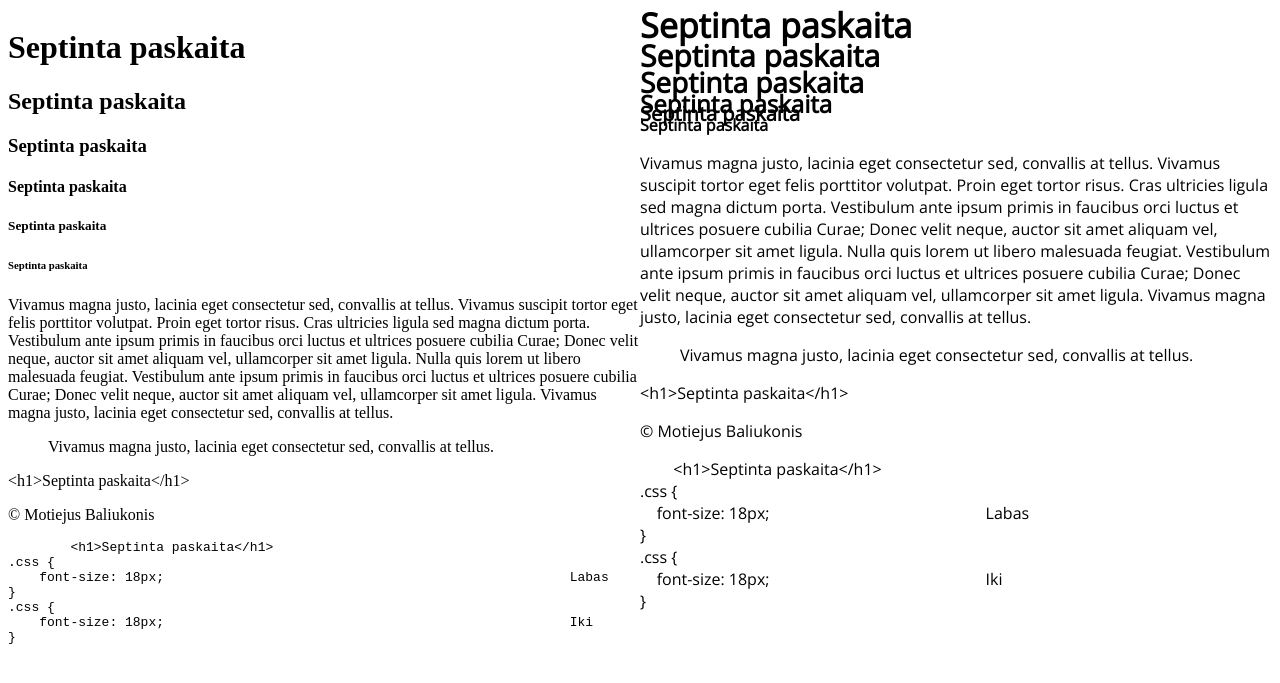
Repository: motiejus1/07-paskaita-05.31
Page: index.html
These files come from the project's save history. The page is drawn as it stood at one moment and after the next save; the edit follows.
The browser window is 1280 px wide. The pictures show the whole page.

Above is the page before, as saved 2021-06-10 20:05:34.

### index.html
<!DOCTYPE html>
<html lang="en">
<head>
    <meta charset="UTF-8">
    <meta http-equiv="X-UA-Compatible" content="IE=edge">
    <meta name="viewport" content="width=device-width, initial-scale=1.0">
    <title>Septinta paskaita</title>

    <link rel="preconnect" href="https://fonts.gstatic.com">
    <link href="https://fonts.googleapis.com/css2?family=Open+Sans&display=swap" rel="stylesheet">

    <style>
        .container {
            width: 100%;
        }

        .left, .right {
            float:left;
            width: 50%;
        }

        .right {
            font-family: 'Open Sans', sans-serif;
        }

        .right pre {
            font-family: 'Open Sans', sans-serif;
        }

        .right h1, .right h2, .right h3, .right h4, .right h5, .right h6 {
            margin: 0;
        }

        .right h1 {
            /* font-family: 'Open Sans', sans-serif; */
            font-size: 34px;
            line-height: 34px;
        }

        .right h2 {
            font-size: 30px;
            line-height: 28px;
        }

        .right h3 {
            font-size: 28px;
            line-height: 24px;
        }

        .right h4 {
            font-size: 24px;
            line-height: 20px;
        }

        .right h5 {
            font-size: 20px;
            line-height: 0px;
        }

        .right h6 {
            font-size: 16px;
            /* line-height: 0px; */
        }

    </style>
</head>
<body>
    <div class="container">
        <div class="left">
            <h1>Septinta paskaita</h1>
            <h2>Septinta paskaita</h2>
            <h3>Septinta paskaita</h3>
            <h4>Septinta paskaita</h4>
            <h5>Septinta paskaita</h5>
            <h6>Septinta paskaita</h6>

            <p>Vivamus magna justo, lacinia eget consectetur sed, convallis at tellus. Vivamus suscipit tortor eget felis porttitor volutpat. Proin eget tortor risus. Cras ultricies ligula sed magna dictum porta. Vestibulum ante ipsum primis in faucibus orci luctus et ultrices posuere cubilia Curae; Donec velit neque, auctor sit amet aliquam vel, ullamcorper sit amet ligula. Nulla quis lorem ut libero malesuada feugiat. Vestibulum ante ipsum primis in faucibus orci luctus et ultrices posuere cubilia Curae; Donec velit neque, auctor sit amet aliquam vel, ullamcorper sit amet ligula. Vivamus magna justo, lacinia eget consectetur sed, convallis at tellus.</p>

            <blockquote>Vivamus magna justo, lacinia eget consectetur sed, convallis at tellus.</blockquote>

            <p> &lt;h1&gt;Septinta paskaita&lt;/h1&gt;  </p>
            <p>&copy; Motiejus Baliukonis</p>

            <pre>
        &lt;h1&gt;Septinta paskaita&lt;/h1&gt;
.css {
    font-size: 18px;                                                    Labas
}
.css {
    font-size: 18px;                                                    Iki
}
            </pre>
        </div>
        <div class="right">
            <h1>Septinta paskaita</h1>
            <h2>Septinta paskaita</h2>
            <h3>Septinta paskaita</h3>
            <h4>Septinta paskaita</h4>
            <h5>Septinta paskaita</h5>
            <h6>Septinta paskaita</h6>

            <p>Vivamus magna justo, lacinia eget consectetur sed, convallis at tellus. Vivamus suscipit tortor eget felis porttitor volutpat. Proin eget tortor risus. Cras ultricies ligula sed magna dictum porta. Vestibulum ante ipsum primis in faucibus orci luctus et ultrices posuere cubilia Curae; Donec velit neque, auctor sit amet aliquam vel, ullamcorper sit amet ligula. Nulla quis lorem ut libero malesuada feugiat. Vestibulum ante ipsum primis in faucibus orci luctus et ultrices posuere cubilia Curae; Donec velit neque, auctor sit amet aliquam vel, ullamcorper sit amet ligula. Vivamus magna justo, lacinia eget consectetur sed, convallis at tellus.</p>

            <blockquote>Vivamus magna justo, lacinia eget consectetur sed, convallis at tellus.</blockquote>

            <p> &lt;h1&gt;Septinta paskaita&lt;/h1&gt;  </p>
            <p>&copy; Motiejus Baliukonis</p>

            <pre>
        &lt;h1&gt;Septinta paskaita&lt;/h1&gt;
.css {
    font-size: 18px;                                                    Labas
}
.css {
    font-size: 18px;                                                    Iki
}
            </pre>
        </div>
    </div>
</body>
</html>

After the next save:
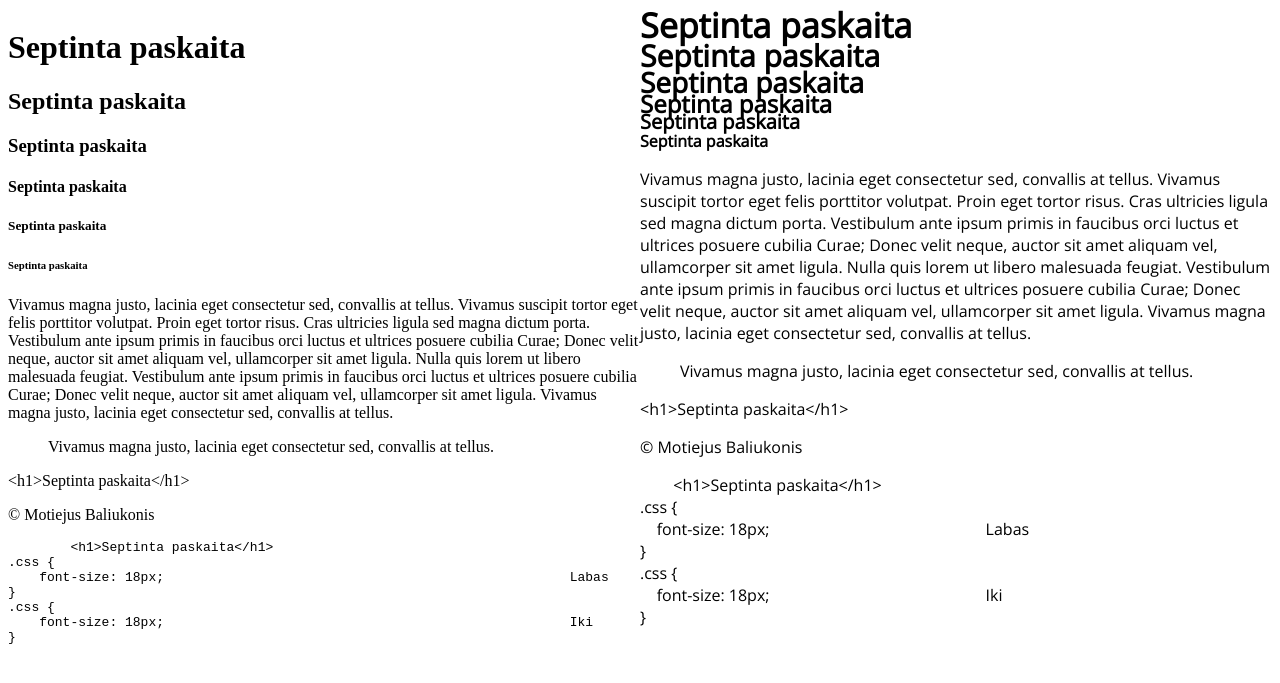
Saved 5 s later.
--- a/index.html
+++ b/index.html
@@ -54,7 +54,7 @@
 
         .right h5 {
             font-size: 20px;
-            line-height: 0px;
+            line-height: 16px;
         }
 
         .right h6 {
